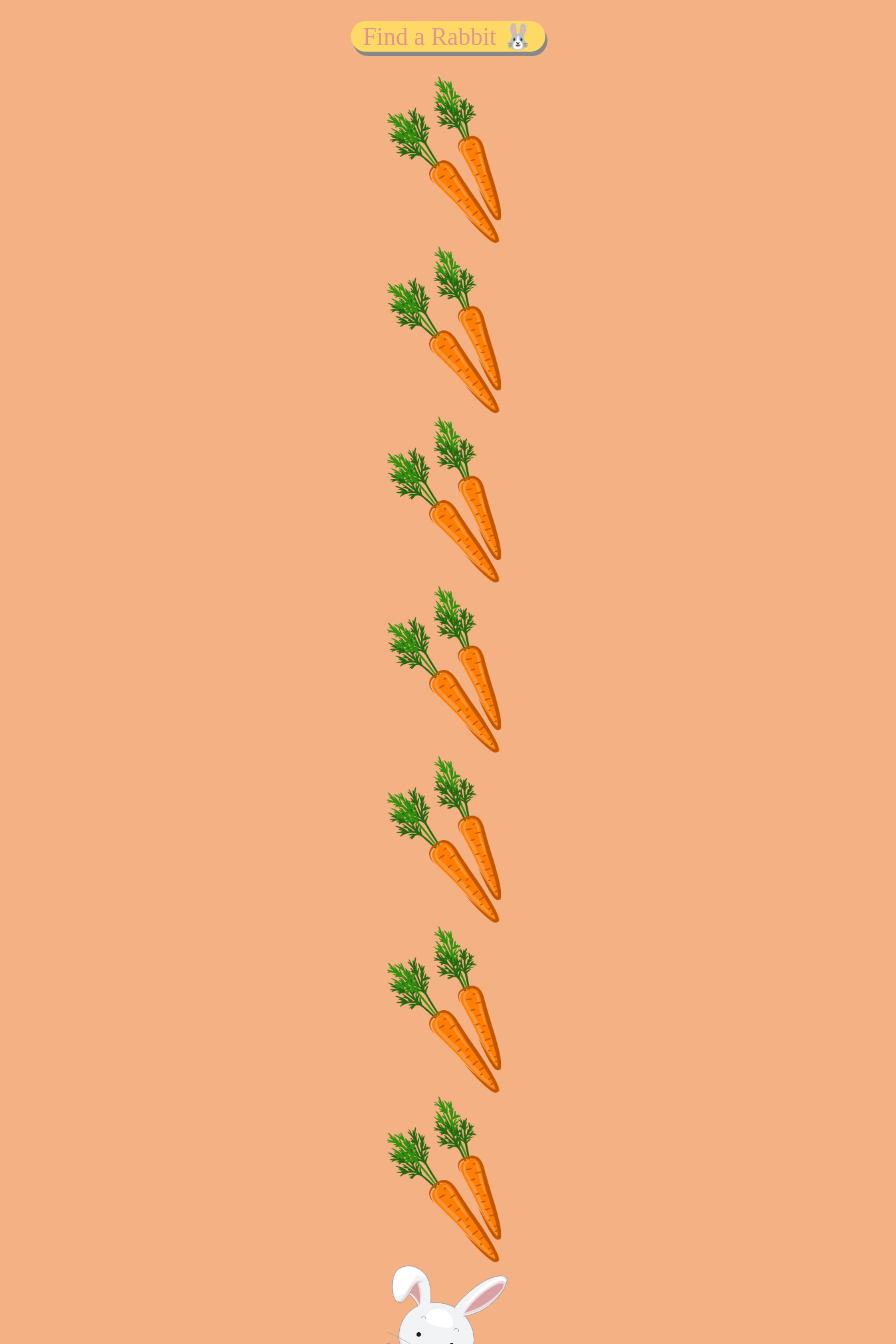
Repository: sephinejo/frontend-browser-101
Page: browser/practice-find-rabbit/index.html
An editor plug-in stored every save of this project. The page is shown before and after the next save, followed by the edit.
The browser window is 1280 px wide. The pictures show the part of the page from y = 0 to 1920 px (the page is 2990 px tall before and 2994 px after), at 70% of full size.
Some web fonts or font styles are not loaded; a fallback is used.

Above is the page before, as saved 2023-05-10 21:32:47.

### browser/practice-find-rabbit/index.html
<!DOCTYPE html>
<html lang="en">
  <head>
    <meta charset="UTF-8" />
    <meta name="viewport" content="width=device-width, initial-scale=1.0" />
    <title>Find a Rabbit 🐰</title>
    <link rel="preconnect" href="https://fonts.googleapis.com" />
    <link rel="preconnect" href="https://fonts.gstatic.com" crossorigin />
    <link
      href="https://fonts.googleapis.com/css2?family=Alice&display=swap"
      rel="stylesheet"
    />
    <style>
      body {
        margin: 0;
        text-align: center;
        align-items: center;
        background-color: #f4b183;
      }

      button {
        border-style: none;
        border-radius: 1.4rem;
        margin: 30px 0;
        padding: 1.5px 18px;
        background-color: #ffd966;
        color: #e49393;
        font-size: 35px;
        font-family: Alice;
        box-shadow: 3px 6px #888888;
      }

      button:hover {
        transform: scale(1.2);
      }

      img {
        display: block;
        margin: 5px auto;
        width: 175px;
      }
    </style>
  </head>
  <body>
    <button>Find a Rabbit 🐰</button>
    <img src="img/carrot.png" alt="carrot" />
    <img src="img/carrot.png" alt="carrot" />
    <img src="img/carrot.png" alt="carrot" />
    <img src="img/carrot.png" alt="carrot" />
    <img src="img/carrot.png" alt="carrot" />
    <img src="img/carrot.png" alt="carrot" />
    <img src="img/carrot.png" alt="carrot" />
    <img class="rabbit" src="img/rabbit.png" alt="rabbit" />
    <img src="img/carrot.png" alt="carrot" />
    <img src="img/carrot.png" alt="carrot" />
    <img src="img/carrot.png" alt="carrot" />
    <img src="img/carrot.png" alt="carrot" />

    <script>
      const btn = document.querySelector('button');
      const rabbit = document.querySelector('.rabbit');
      btn.addEventListener('click', (e) => {
        rabbit.scrollIntoView({
          behavior: 'smooth',
          block: 'center',
          inline: 'nearest',
        });
      });
    </script>
  </body>
</html>

After the next save:
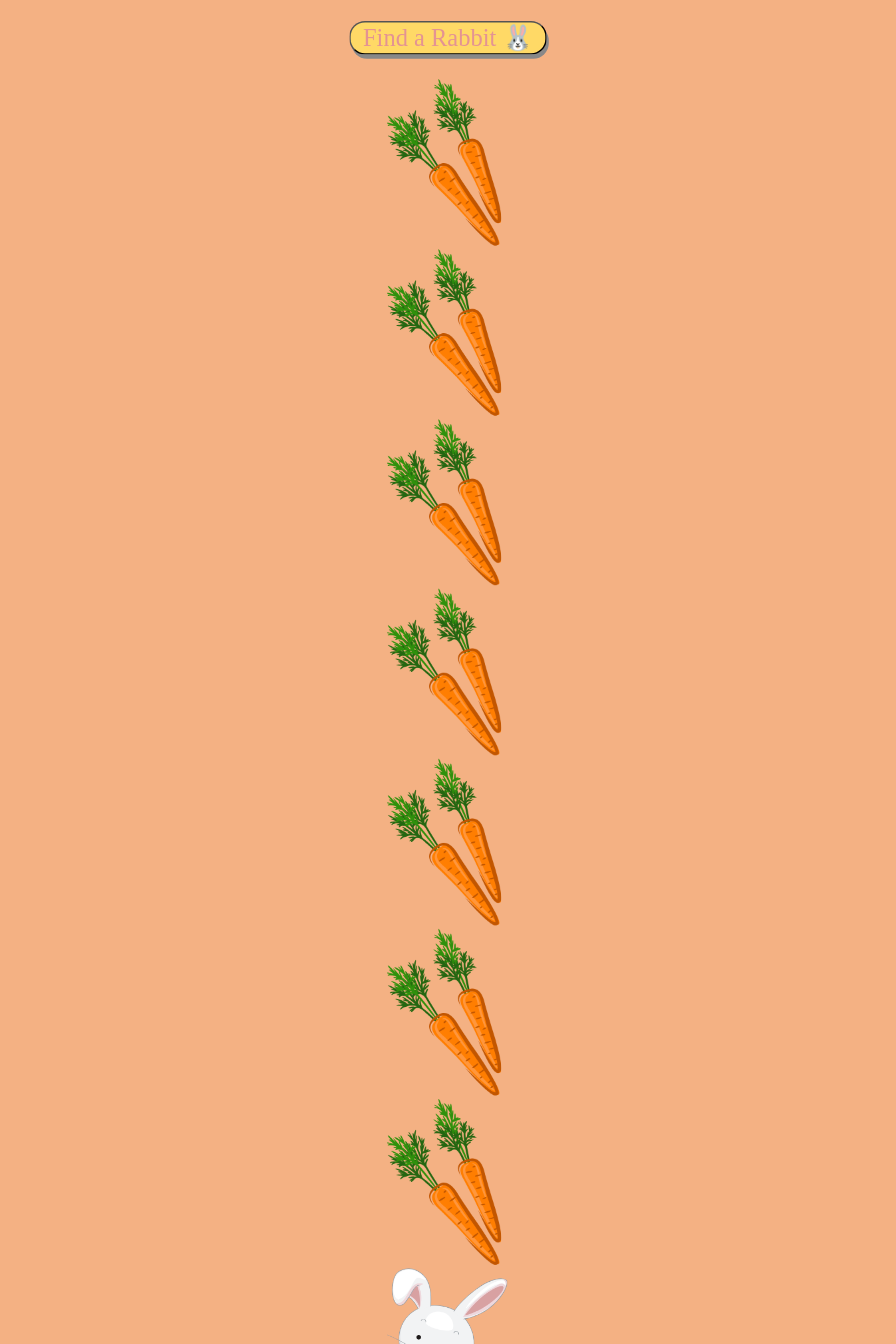
Saved 19 s later.
--- a/browser/practice-find-rabbit/index.html
+++ b/browser/practice-find-rabbit/index.html
@@ -19,7 +19,7 @@
       }
 
       button {
-        border-style: none;
+        outline: none;
         border-radius: 1.4rem;
         margin: 30px 0;
         padding: 1.5px 18px;

After the save that followed:
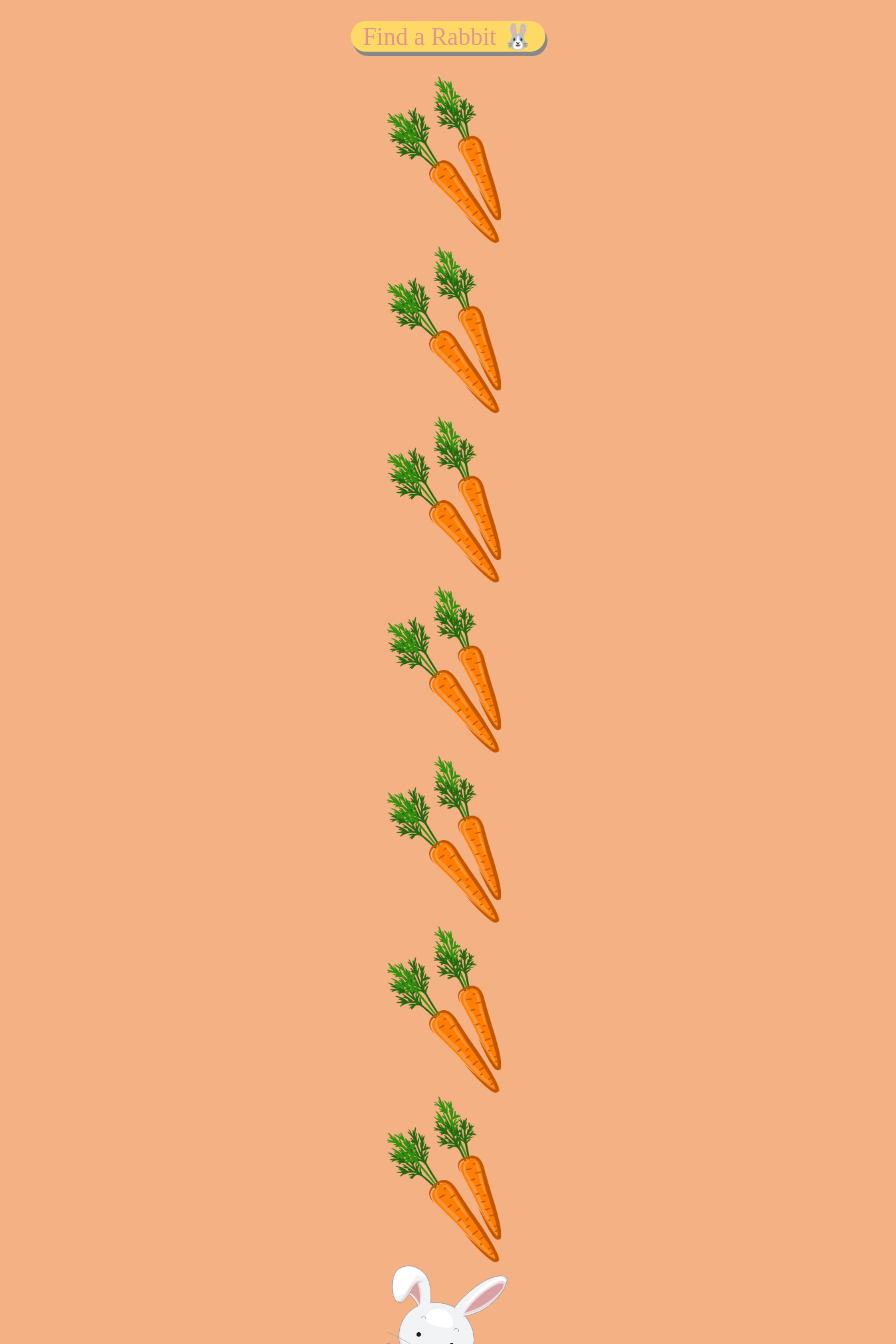
Saved 6 s later.
--- a/browser/practice-find-rabbit/index.html
+++ b/browser/practice-find-rabbit/index.html
@@ -19,7 +19,7 @@
       }
 
       button {
-        outline: none;
+        border-style: none;
         border-radius: 1.4rem;
         margin: 30px 0;
         padding: 1.5px 18px;
